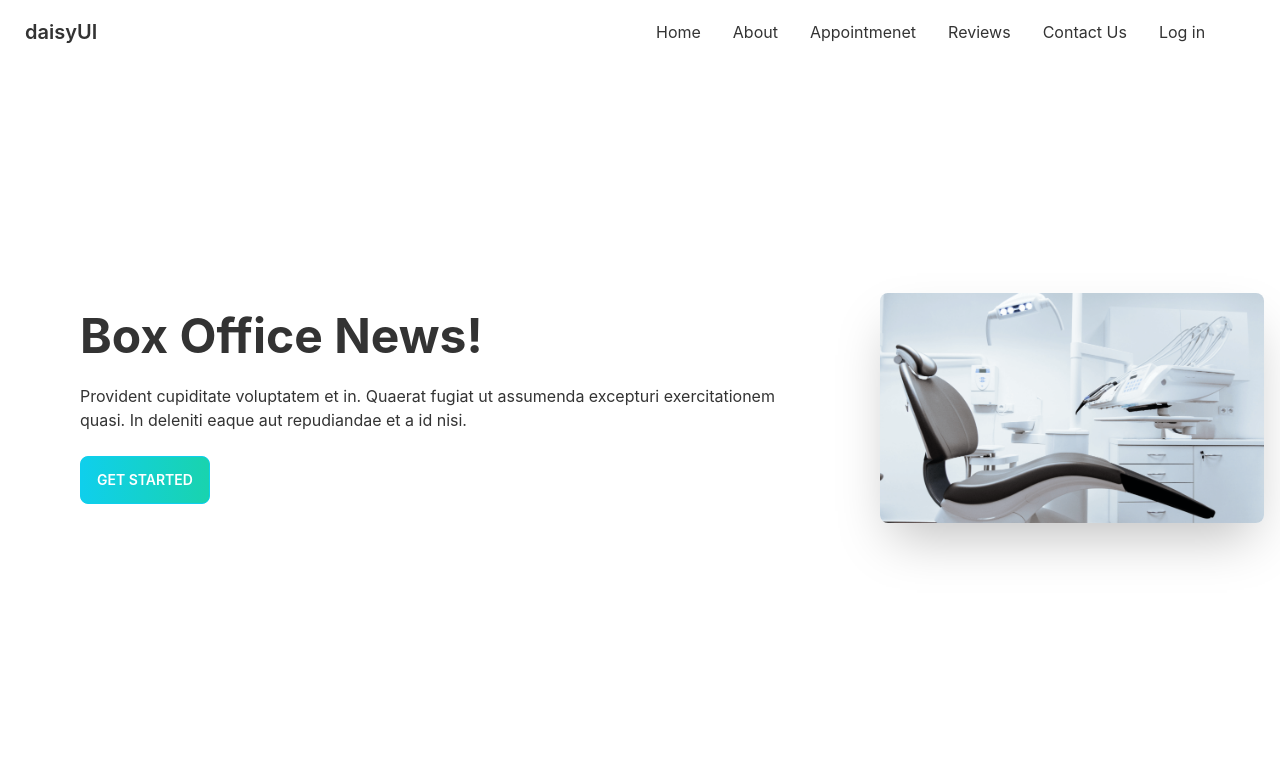
Repository: Tanvir3744/Doctors-client-website
Page: /
An editor plug-in stored every save of this project. The page is shown before and after the next save, followed by the edit.
The browser window is 1280 px wide. The pictures show the whole page.
The project was rebuilt for these pictures with package versions that can differ from the ones it lists, and the page was loaded fresh each time. Also part of the build but not shown: src/Pages/About/About.js, src/Pages/Login/Login.js, src/Pages/NotFound/NotFound.js.

Above is the page before, as saved 2022-05-25 01:52:02.

### src/App.js
import { Routes, Route } from 'react-router-dom'
import About from './Pages/About/About';
import Home from './Pages/Home/Home';
import Login from './Pages/Login/Login';
import NotFound from './Pages/NotFound/NotFound';
import Navbar from './Pages/Shared/Navbar';
function App() {
  return (
    <div className="App">
      <Navbar></Navbar>
      <Routes>
        <Route path='/' element={<Home />}></Route>
        <Route path='/home' element={<Home />}></Route>
        <Route path='/about' element={<About />}></Route>
        <Route path='/login' element={<Login />}></Route>
        <Route path='*' element={<NotFound />}></Route>
      </Routes>
    </div>
  );
}

export default App;

### src/Pages/Home/Home.js
import React from 'react';
import Banner from './Banner/Banner';

const Home = () => {
    return (
        <div>
            <Banner />
        </div>
    );
};

export default Home;

### src/Pages/Shared/Navbar.js
import React from 'react';
import { Link } from 'react-router-dom';

const Navbar = () => {
    //menu items stored here
    const menuItems = <>
        <li><Link to="/">Home</Link></li>
        <li><Link to="/about">About</Link></li>
        <li><Link to="/appointment">Appointmenet</Link></li>
        <li><Link to="/reviews">Reviews</Link></li>
        <li><Link to="/contact">Contact Us</Link></li>
        <li><Link to="/login">Log in </Link></li>
    </>
    return (
        <div>
            <div class="navbar bg-base-100">
                <div class="navbar-start">
                    <div class="dropdown">
                        <label tabindex="0" class="btn btn-ghost lg:hidden">
                            <svg xmlns="http://www.w3.org/2000/svg" class="h-5 w-5" fill="none" viewBox="0 0 24 24" stroke="currentColor"><path stroke-linecap="round" stroke-linejoin="round" stroke-width="2" d="M4 6h16M4 12h8m-8 6h16" /></svg>
                        </label>
                        <ul tabindex="0" class="menu menu-compact dropdown-content mt-3 p-2 shadow bg-base-100 rounded-box w-52">
                           {menuItems}
                        </ul>
                    </div>
                    <Link to='/' class="btn btn-ghost normal-case text-xl">daisyUI</Link>
                </div>
                <div class="navbar-center hidden lg:flex">
                    <ul class="menu menu-horizontal p-0">
                        {menuItems}
                    </ul>
                </div>
            </div>
        </div>
    );
};

export default Navbar;

### src/Pages/Home/Banner/Banner.js
import React from 'react';
import chair from '../../../assets/images/chair.png'
const Banner = () => {
    return (
        <div>
            <div class="hero min-h-screen">
                <div class="hero-content flex-col lg:flex-row-reverse -mt-8">
                    <img src={chair} class="max-w-sm rounded-lg shadow-2xl" />
                    <div className='px-16'>
                        <h1 class="text-5xl font-bold">Box Office News!</h1>
                        <p class="py-6">Provident cupiditate voluptatem et in. Quaerat fugiat ut assumenda excepturi exercitationem quasi. In deleniti eaque aut repudiandae et a id nisi.</p>
                        <button class="btn btn-primary text-white rounded-lg bg-gradient-to-r from-primary to-secondary">Get Started</button>
                    </div>
                </div>
            </div>
        </div>
    );
};

export default Banner;

### tailwind.config.js
module.exports = {
  content: ["./src/**/*.{html,js}"],
  theme: {
    extend: {},
  },
  daisyui: {
    themes: [
      {

        mytheme: {
          primary: "#0FCFEC",
          secondary: "#19D3AE",
          neutral: "#3d4451",
          darkis : "#3A4256",
          accent: "#37cdbe",
          "base-100": "#ffffff",
        },
      },
      "cupcake",
    ],
  },
  plugins: [require("daisyui")],
}

Loaded but not shown: public/index.html (common file); src/index.js (common file); src/index.css (common file); src/reportWebVitals.js (common file)

After the next save:
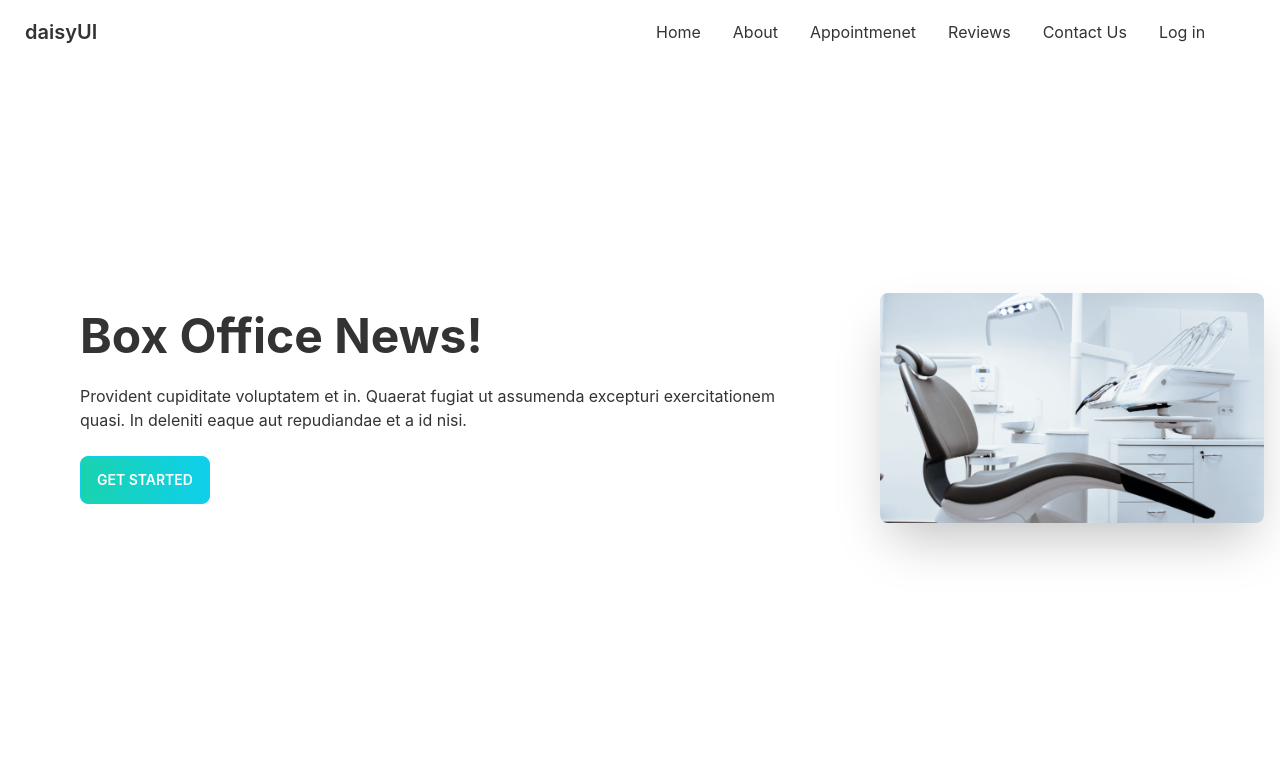
Saved 18 s later.
--- a/src/Pages/Home/Banner/Banner.js
+++ b/src/Pages/Home/Banner/Banner.js
@@ -9,7 +9,7 @@ const Banner = () => {
                     <div className='px-16'>
                         <h1 class="text-5xl font-bold">Box Office News!</h1>
                         <p class="py-6">Provident cupiditate voluptatem et in. Quaerat fugiat ut assumenda excepturi exercitationem quasi. In deleniti eaque aut repudiandae et a id nisi.</p>
-                        <button class="btn btn-primary text-white rounded-lg bg-gradient-to-r from-primary to-secondary">Get Started</button>
+                        <button class="btn btn-primary text-white rounded-lg bg-gradient-to-r from-secondary to-primary">Get Started</button>
                     </div>
                 </div>
             </div>
